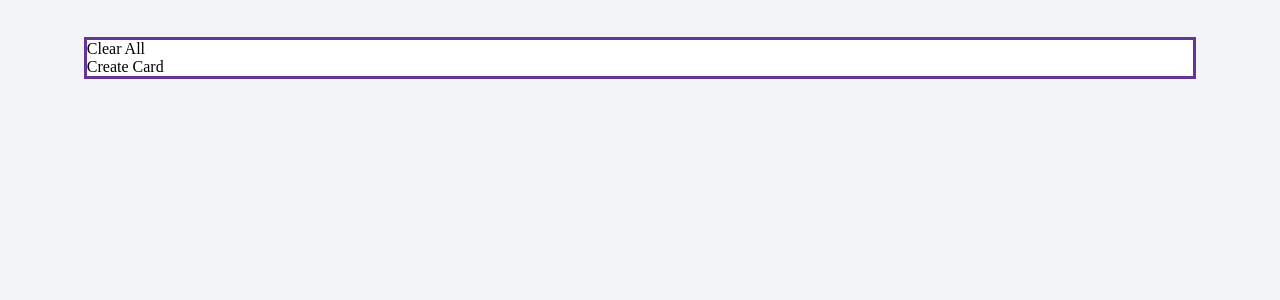
Repository: ReyhanehRahmani/TO-DO
Page: index.html
An editor plug-in stored every save of this project. The page is shown before and after the next save, followed by the edit.
The browser window is 1280 px wide. The pictures show the whole page.

Above is the page before, as saved 2025-06-07 22:07:26.

### index.html
<!DOCTYPE html>

<html lang="en">

    <head>

        <meta name="viewport" content="width=device-width, initial-scale=1.0" />

        <title>TO-DO</title>

        <link rel="icon" type="image/jpg" href="favicon.png">

        <link rel="stylesheet" href="style.css">

    </head>
    <body>
        <div id="main-card">
            <div id="content">
                <div id="title"></div>
                <div id="description"></div>
                <div id="buttons">
                    <div id="clear">Clear All</div>
                    <div id="creat">Create Card</div>
                </div>
            </div>
        </div>
    </body>

### style.css
body{
    background-color: #F2F4F7;
}



#main-card{
    margin-left: 6%;
    margin-right: 6%;
    margin-top: 2.9%;
    background-color: #FFFFFF;
    border: solid rebeccapurple;
}

After the next save:
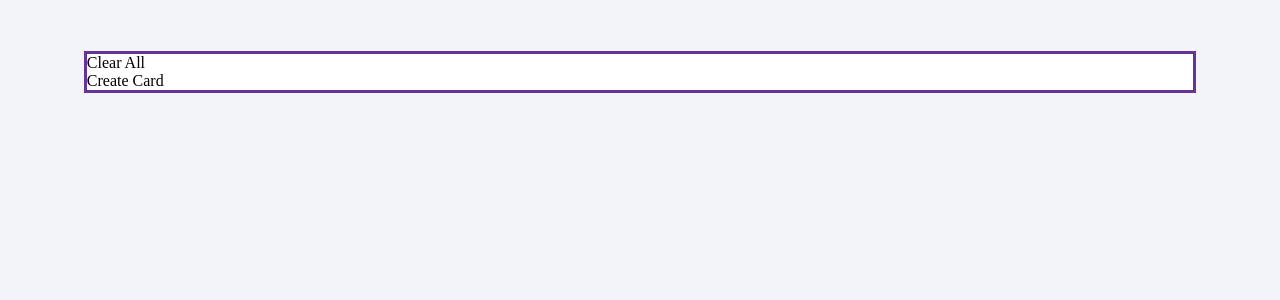
Saved 16 s later.
--- a/style.css
+++ b/style.css
@@ -7,7 +7,7 @@ body{
 #main-card{
     margin-left: 6%;
     margin-right: 6%;
-    margin-top: 2.9%;
+    margin-top: 4%;
     background-color: #FFFFFF;
     border: solid rebeccapurple;
 }
